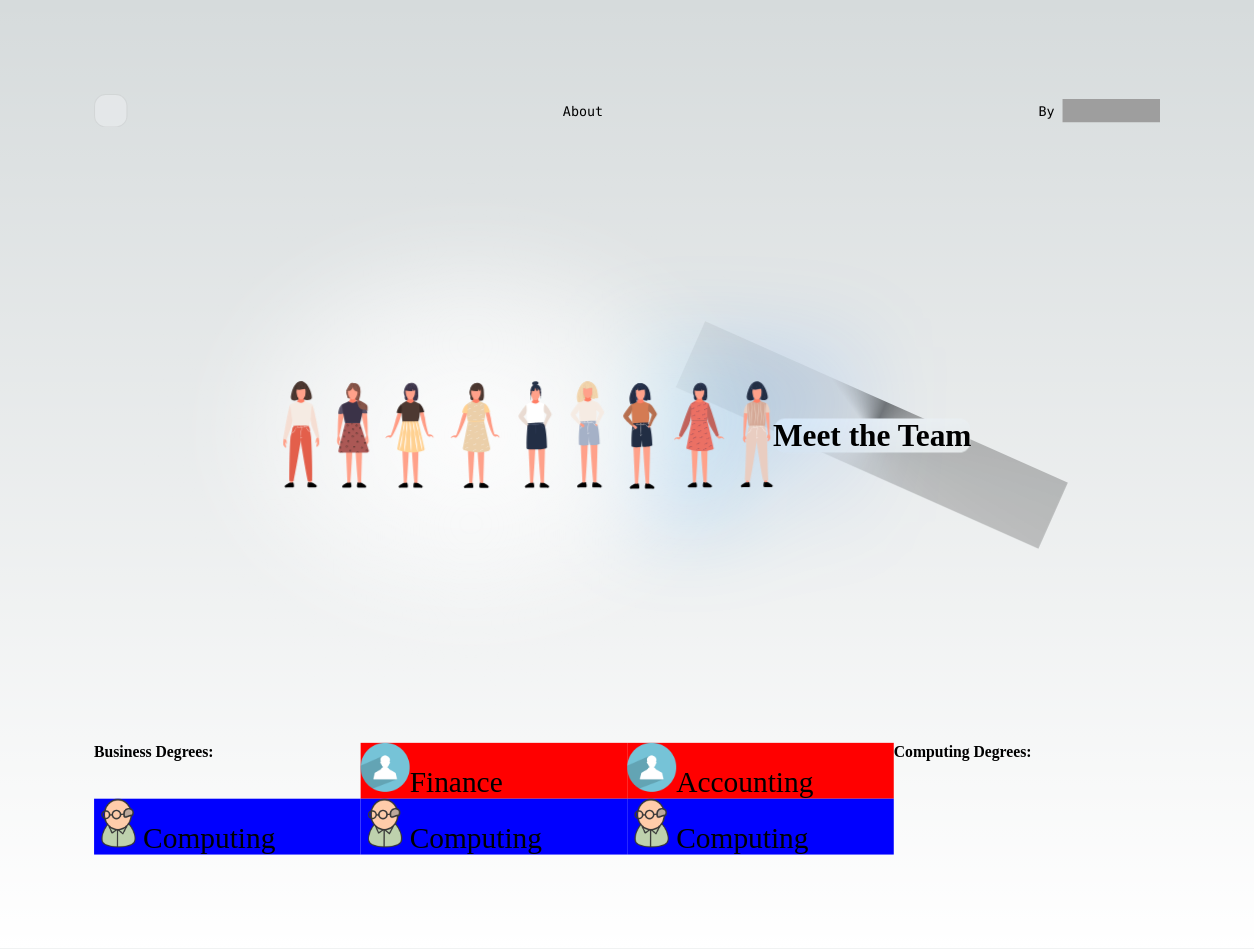
Repository: bguemos/week3example
Page: /
An editor plug-in stored every save of this project. The page is shown before and after the next save, followed by the edit.
The browser window is 1280 px wide. The pictures show the whole page, at 98% of full size.
Pictures or frames that could not be fetched are drawn as grey boxes. The project was rebuilt for these pictures with package versions that can differ from the ones it lists, and the page was loaded fresh each time. The framework's server and built-in components were replaced by stand-ins that run in the browser. Also part of the build but not shown: next.config.js.

Above is the page before, as saved 2023-01-18 12:10:10.

### pages/index.js
import Head from 'next/head'
import Image from 'next/image'
import { Inter } from '@next/font/google'
import styles from '@/styles/Home.module.css'
import data from '../data/education.json'
import { useState } from 'react'
import Card from '../components/Card'
import Link from 'next/link'

const inter = Inter({ subsets: ['latin'] })

export default function Home() {
    const [information, setInformation] = useState([...data])
     console.log(data);
  return (
    <>
      <Head>
        <title>The Office</title>
        <meta name="description" content="Generated by create next app" />
        <meta name="viewport" content="width=device-width, initial-scale=1" />
        <link rel="icon" href="/favicon.ico" />
      </Head>
      <main className={styles.main}>
        <div className={styles.description}>
          <p>

            <code className={styles.code}></code>
          </p>
          <Link href="About">About</Link>
          <div>
            <a
              href="https://vercel.com?utm_source=create-next-app&utm_medium=default-template&utm_campaign=create-next-app"
              target="_blank"
              rel="noopener noreferrer"
            >
              By{' '}
              <Image
                src="/vercel.svg"
                alt="Vercel Logo"
                className={styles.vercelLogo}
                width={100}
                height={24}
                priority
              />
            </a>
          </div>
        </div>

        <div className={styles.center}>
          <Image
            className={styles.logo}
            src="/women.svg"
            alt="womanLogo"
            width={500}
            height={500}
            priority
          />
          <div className={styles.thirteen}>
            <h1> Meet the Team </h1>
          </div>
        </div>

        <div className={styles.grid}>
          <b> Business Degrees: </b>
          {information && information.map((info, index) => {
            if(info.department === "Business"){
              return(
                <Card key={index} degree={info.degree} colour="red" font="30px"/>
              )
            }
           })}
           <b> Computing Degrees:</b>
           {information && information.map((info, index) => {
            if(info.department === "Computing"){
              return(
              <Card key={index} degree={info.department} colour="blue" font="30px"/>
              )
            }
            })}
        </div>
      </main>
    </>
  )
}

### styles/Home.module.css
.main {
  display: flex;
  flex-direction: column;
  justify-content: space-between;
  align-items: center;
  padding: 6rem;
  min-height: 100vh;
}

.description {
  display: inherit;
  justify-content: inherit;
  align-items: inherit;
  font-size: 0.85rem;
  max-width: var(--max-width);
  width: 100%;
  z-index: 2;
  font-family: var(--font-mono);
}

.description a {
  display: flex;
  justify-content: center;
  align-items: center;
  gap: 0.5rem;
}

.description p {
  position: relative;
  margin: 0;
  padding: 1rem;
  background-color: rgba(var(--callout-rgb), 0.5);
  border: 1px solid rgba(var(--callout-border-rgb), 0.3);
  border-radius: var(--border-radius);
}

.code {
  font-weight: 700;
  font-family: var(--font-mono);
}

.grid {
  display: grid;
  grid-template-columns: repeat(4, minmax(25%, auto));
  width: var(--max-width);
  max-width: 100%;
}

.card {
  padding: 1rem 1.2rem;
  border-radius: var(--border-radius);
  background: rgba(var(--card-rgb), 0);
  border: 1px solid rgba(var(--card-border-rgb), 0);
  transition: background 200ms, border 200ms;
}

.card span {
  display: inline-block;
  transition: transform 200ms;
}

.card h2 {
  font-weight: 600;
  margin-bottom: 0.7rem;
}

.card p {
  margin: 0;
  opacity: 0.6;
  font-size: 0.9rem;
  line-height: 1.5;
  max-width: 30ch;
}

.center {
  display: flex;
  justify-content: center;
  align-items: center;
  position: relative;
  padding: 4rem 0;
}

.center::before {
  background: var(--secondary-glow);
  border-radius: 50%;
  width: 480px;
  height: 360px;
  margin-left: -400px;
}

.center::after {
  background: var(--primary-glow);
  width: 240px;
  height: 180px;
  z-index: -1;
}

.center::before,
.center::after {
  content: '';
  left: 50%;
  position: absolute;
  filter: blur(45px);
  transform: translateZ(0);
}

.logo,
.thirteen {
  position: relative;

}

.thirteen {
  display: flex;
  justify-content: center;
  align-items: center;

}

.thirteen::before,
.thirteen::after {
  content: '';
  position: absolute;
  z-index: -1;
}

/* Conic Gradient Animation */
.thirteen::before {
  animation: 6s rotate linear infinite;
  width: 200%;
  height: 200%;
  background: var(--tile-border);
}

/* Inner Square */
.thirteen::after {
  inset: 0;
  padding: 1px;
  border-radius: var(--border-radius);
  background: linear-gradient(
    to bottom right,
    rgba(var(--tile-start-rgb), 1),
    rgba(var(--tile-end-rgb), 1)
  );
  background-clip: content-box;
}

/* Enable hover only on non-touch devices */
@media (hover: hover) and (pointer: fine) {
  .card:hover {
    background: rgba(var(--card-rgb), 0.1);
    border: 1px solid rgba(var(--card-border-rgb), 0.15);
  }

  .card:hover span {
    transform: translateX(4px);
  }
}

@media (prefers-reduced-motion) {
  .thirteen::before {
    animation: none;
  }

  .card:hover span {
    transform: none;
  }
}

/* Mobile */
@media (max-width: 700px) {
  .content {
    padding: 4rem;
  }

  .grid {
    grid-template-columns: 1fr;
    margin-bottom: 120px;
    max-width: 320px;
    text-align: center;
  }

  .card {
    padding: 1rem 2.5rem;
  }

  .card h2 {
    margin-bottom: 0.5rem;
  }

  .center {
    padding: 8rem 0 6rem;
  }

  .center::before {
    transform: none;
    height: 300px;
  }

  .description {
    font-size: 0.8rem;
  }

  .description a {
    padding: 1rem;
  }

  .description p,
  .description div {
    display: flex;
    justify-content: center;
    position: fixed;
    width: 100%;
  }

  .description p {
    align-items: center;
    inset: 0 0 auto;
    padding: 2rem 1rem 1.4rem;
    border-radius: 0;
    border: none;
    border-bottom: 1px solid rgba(var(--callout-border-rgb), 0.25);
    background: linear-gradient(
      to bottom,
      rgba(var(--background-start-rgb), 1),
      rgba(var(--callout-rgb), 0.5)
    );
    background-clip: padding-box;
    backdrop-filter: blur(24px);
  }

  .description div {
    align-items: flex-end;
    pointer-events: none;
    inset: auto 0 0;
    padding: 2rem;
    height: 200px;
    background: linear-gradient(
      to bottom,
      transparent 0%,
      rgb(var(--background-end-rgb)) 40%
    );
    z-index: 1;
  }
}

/* Tablet and Smaller Desktop */
@media (min-width: 701px) and (max-width: 1120px) {
  .grid {
    grid-template-columns: repeat(2, 50%);
  }
}

@media (prefers-color-scheme: dark) {
  .vercelLogo {
    filter: invert(1);
  }

  .logo,
  .thirteen img {
    filter: invert(1) drop-shadow(0 0 0.3rem #ffffff70);
  }
}

@keyframes rotate {
  from {
    transform: rotate(360deg);
  }
  to {
    transform: rotate(0deg);
  }
}

### data/education.json
[
        {
            "studentNumber": "A0004567",
            "firstName": "Person 1",
            "gpa": 3.8,
            "department": "Business",
            "degree": "Finance",
            "graduted": 2014
        },
        {
            "studentNumber": "A0001234",
            "firstName": "Person 2",
            "gpa": 3.5,
            "department": "Business",
            "degree": "Accounting",
            "graduted": 2010
        },
        {
            "studentNumber": "A0007890",
            "firstName": "Person 3",
            "gpa": 3.2,
            "department": "Computing",
            "degree": "Applied Software Development Certificate",
            "graduted": 2018
        },
        {
            "studentNumber": "A0007828",
            "firstName": "Person 4",
            "gpa": 3.9,
            "department": "Computing",
            "degree": "Computer Systems Diploma",
            "graduted": 2021
        },
        {
            "studentNumber": "A0003425",
            "firstName": "Person 5",
            "gpa": 3.2,
            "department": "Computing",
            "degree": "Applied Computer Information Systems Certificate",
            "graduted": 2021
        }
]

### components/Card/index.js
export default function Card({
    degree= "none",
    colour= "purple",
    font = "0",
    image = "icon/personTwo.png"
}) {
    return(
        <div style={{backgroundColor: colour, fontSize:font}}>
         {
            colour === "red" ? <img src={'icon/person.png'} width="50"/> :
            colour === "blue" ? <img src={'icon/personThree.png'} width="50"/>:
                                <img src={image} width="50" />
         }
         {degree}
        </div>
    )
}

Loaded but not shown: pages/_app.js (common file); pages/_document.js (common file); styles/globals.css (common file)

After the next save:
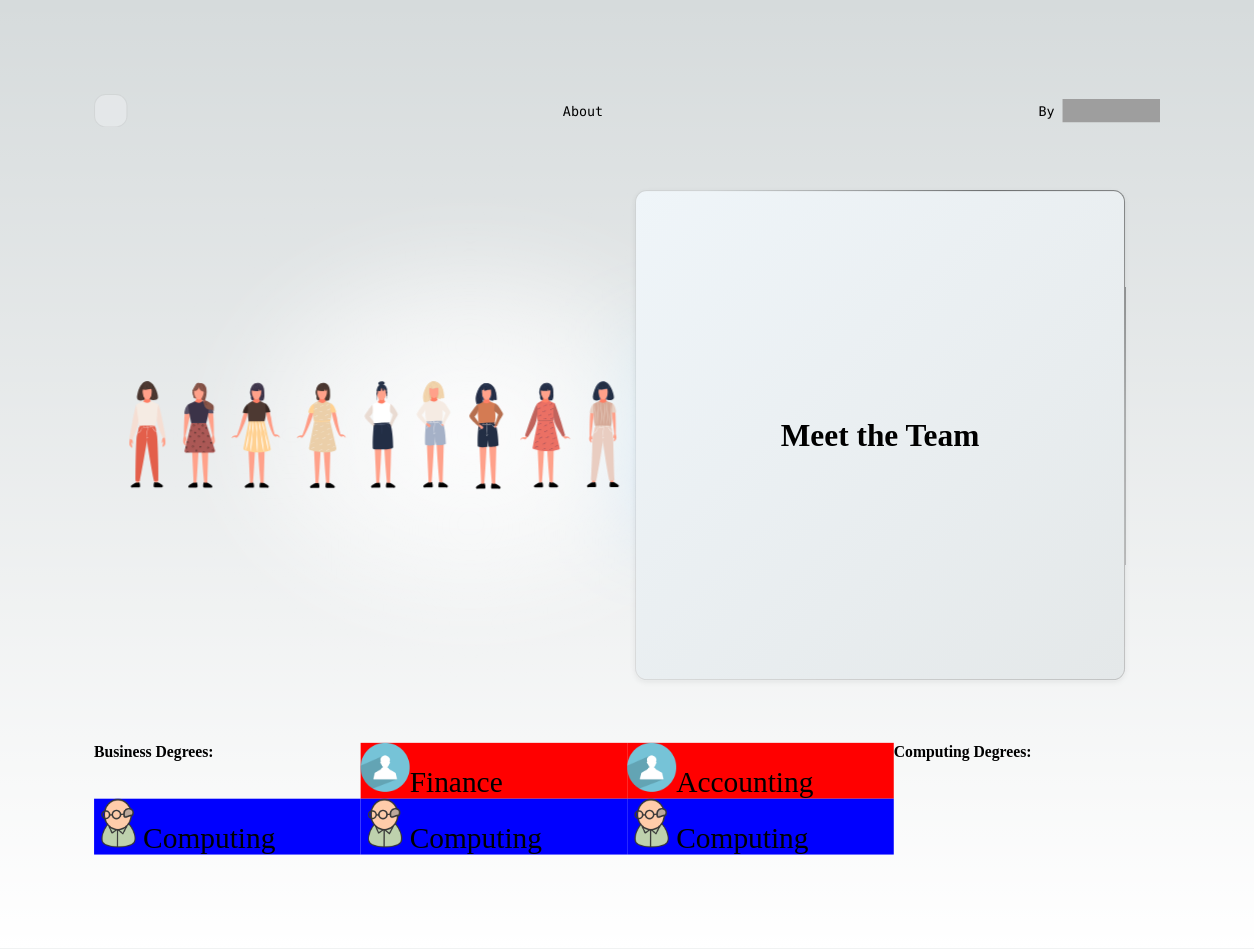
Saved 37 s later.
--- a/styles/Home.module.css
+++ b/styles/Home.module.css
@@ -114,7 +114,14 @@
   display: flex;
   justify-content: center;
   align-items: center;
-
+  width: 500px;
+  height: 500px;
+  padding: 25px 10px;
+  margin-left: 16px;
+  transform: translateZ(0);
+  border-radius: var(--border-radius);
+  overflow: hidden;
+  box-shadow: 0px 2px 8px -1px #0000001a;
 }
 
 .thirteen::before,
